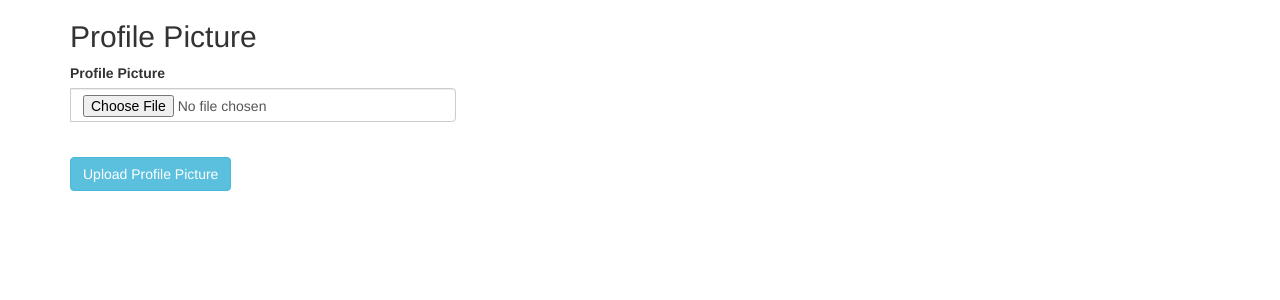
Repository: yogenderupadhyay/Project-2
Page: LetsTalkFrontend/WebContent/c_user/updateProfilePic.html
An editor plug-in stored every save of this project. The page is shown before and after the next save, followed by the edit.
The browser window is 1280 px wide. The pictures show the whole page.
Some web libraries are served in a nearby version.

Above is the page before, as saved 2018-07-12 15:26:18.

After the next save:
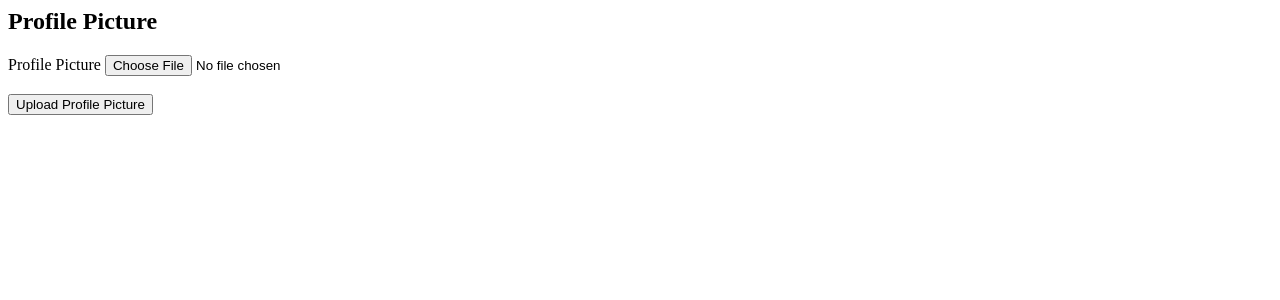
Saved 81 s later.
--- a/LetsTalkFrontend/WebContent/c_user/updateProfilePic.html
+++ b/LetsTalkFrontend/WebContent/c_user/updateProfilePic.html
@@ -1,18 +1,5 @@
-<html>
-<head>
-<meta charset="ISO-8859-1">
-<meta charset="utf-8">
-<meta http-equiv="X-UA-Compatible" content="IE=edge">
-<meta name="viewport" content="width=device-width, initial-scale=1">
 
-<title>Blog</title>
-<link
-	href="https://maxcdn.bootstrapcdn.com/bootstrap/3.3.5/css/bootstrap.min.css" rel="stylesheet">
-	<script src="https://ajax.googleapis.com/ajax/libs/jquery/3.2.1/jquery.min.js"></script>
-	<script src="https://maxcdn.bootstrapcdn.com/bootstrap/3.3.7/js/bootstrap.min.js"></script>
-</head>
-<body>
-<div class="container" ng-controller="UserController">
+<div class="container" ng-controller="UserController" id="forum-box">
 	<h2>Profile Picture</h2>
 	<form enctype="multipart/form-data" method="post" action="http://localhost:8085/CodeWarriaorsMiddleware/doUpload">
 		<div class="form-group input-group">
@@ -23,5 +10,3 @@
 		<button type="submit" class="btn btn-info">Upload Profile Picture</button>
 	</form>
 </div>
-</body>
-</html>
